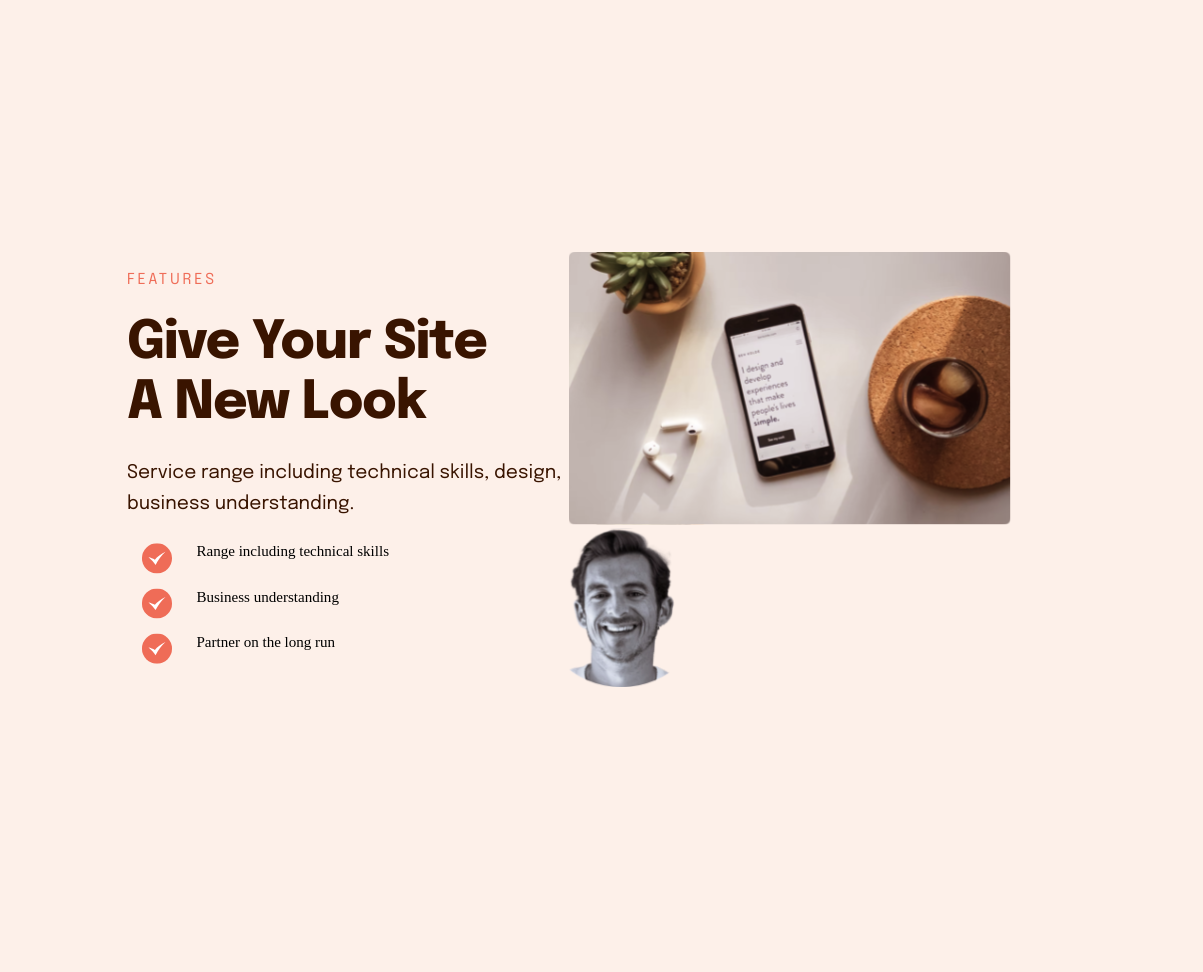
Repository: kubrazamanova/Project-6
Page: index.html
The author's editor kept a copy of each file at every save. The page is drawn from the files as they stood at one save, then again after a run of saves.
The browser window is 1280 px wide. The pictures show the whole page, at 94% of full size.

Above is the page before, as saved 2023-09-23 10:16:01.

After the next 2 saves:
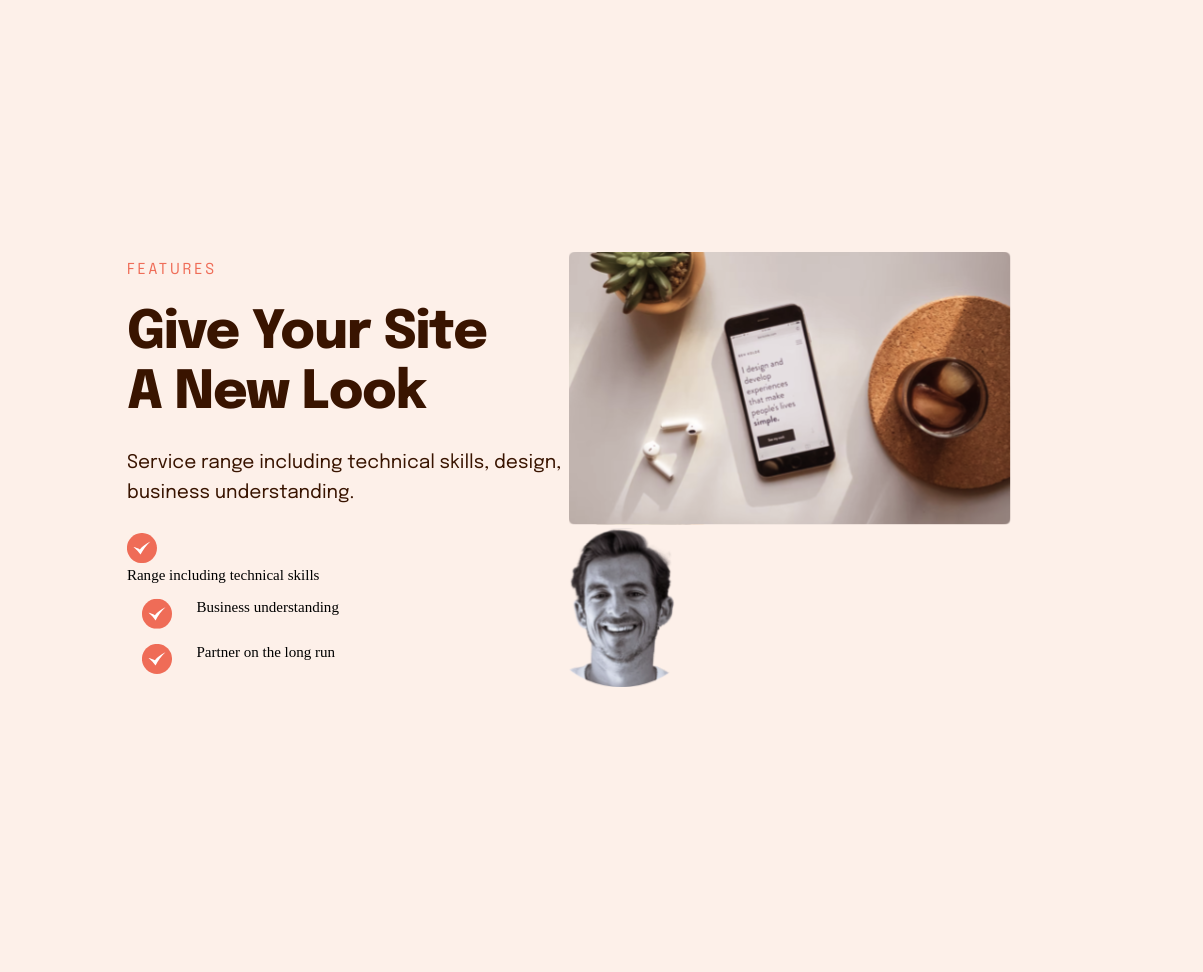
The 2 saves are shown as one change because they came seconds apart.
The last was saved 92 s later.
--- a/index.html
+++ b/index.html
@@ -17,7 +17,7 @@
         >
         <ul>
           <li>
-            <div class="svg">
+
               <svg
                 xmlns="http://www.w3.org/2000/svg"
                 width="32"
@@ -34,7 +34,7 @@
                 />
               </svg>
               <p>Range including technical skills</p>
-            </div>
+
           </li>
           <li>
             <div class="svg">
